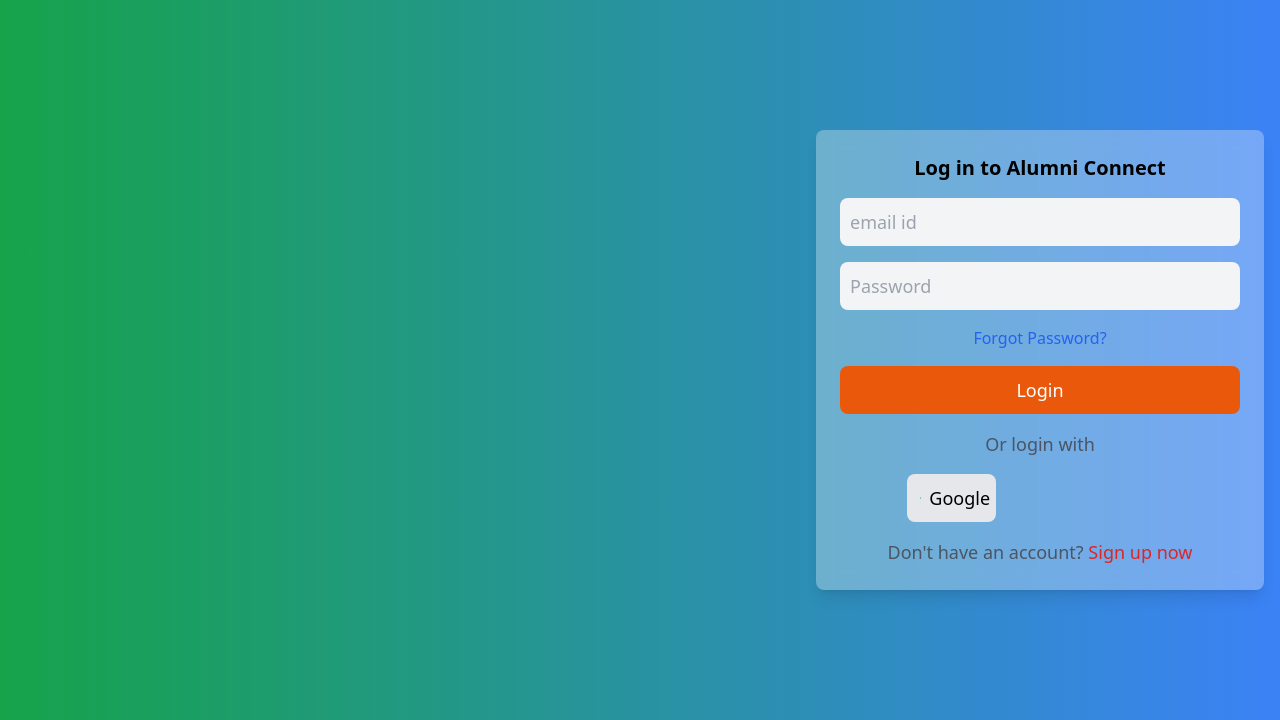
Repository: ptsdpatient/SIH24
Page: /login (app in frontend/)
These files come from the project's save history. The page is drawn as it stood at one moment and after the next save; the edit follows.
The browser window is 1280 px wide. The pictures show the whole page.
The page's requests for data from a server got no answer. Some web libraries are served in a nearby version. The project was rebuilt for these pictures with package versions that can differ from the ones it lists, and the page was loaded fresh each time. The framework's server and built-in components were replaced by stand-ins that run in the browser. No one was signed in, and anything a server would have sent is missing.

Above is the page before, as saved 2024-09-14 16:05:03.

After the next save:
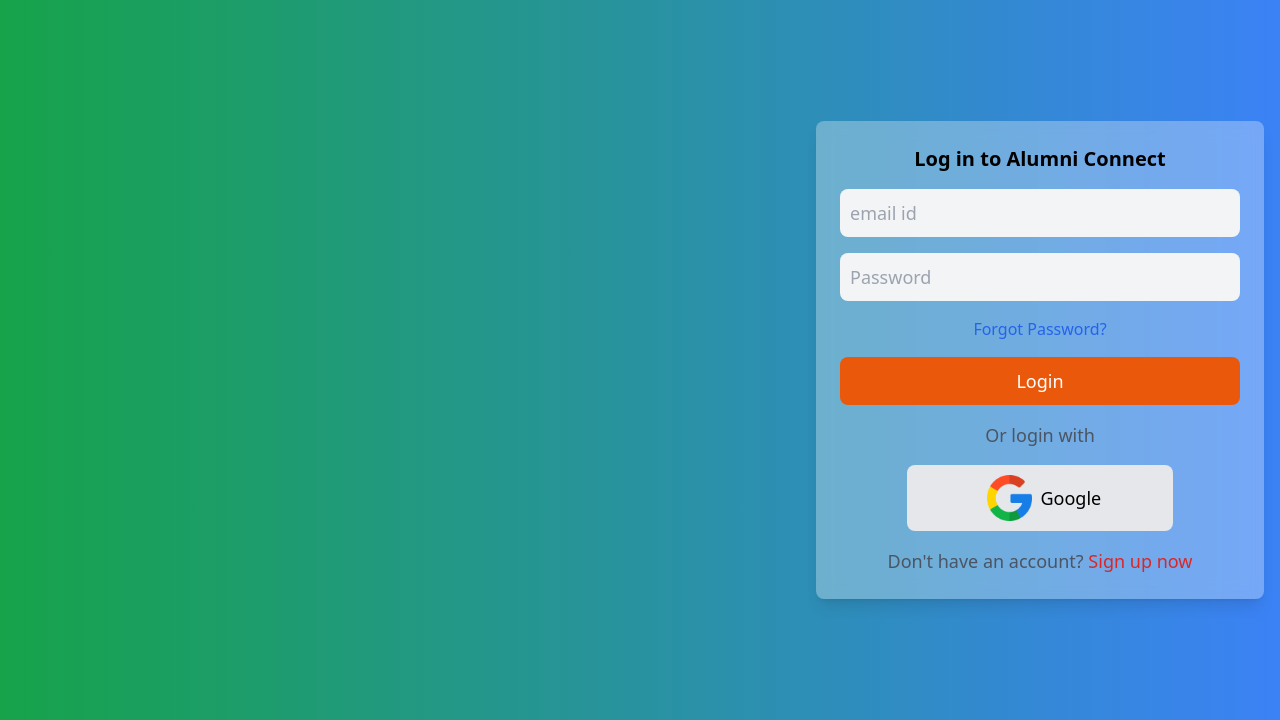
Saved 25 s later.
--- a/frontend/src/routes/login/+page.svelte
+++ b/frontend/src/routes/login/+page.svelte
@@ -96,7 +96,7 @@
                 <p id="suggest" class="text-gray-600 text-center text-lg mb-4">Or login with</p>
 
                 <div class="w-2/3 mx-auto flex flex-wrap justify-between">
-                  <button class="w-1/3 p-2.5 mb-4 border-none rounded-lg text-lg bg-gray-200 flex items-center justify-center">
+                  <button class=" p-2.5 mb-4 border-none rounded-lg text-lg bg-gray-200 flex items-center justify-center">
                     <img class="w-1/4 px-2" src="/icon/google.png" alt=""> Google
                   </button>
                 </div>

After the save that followed:
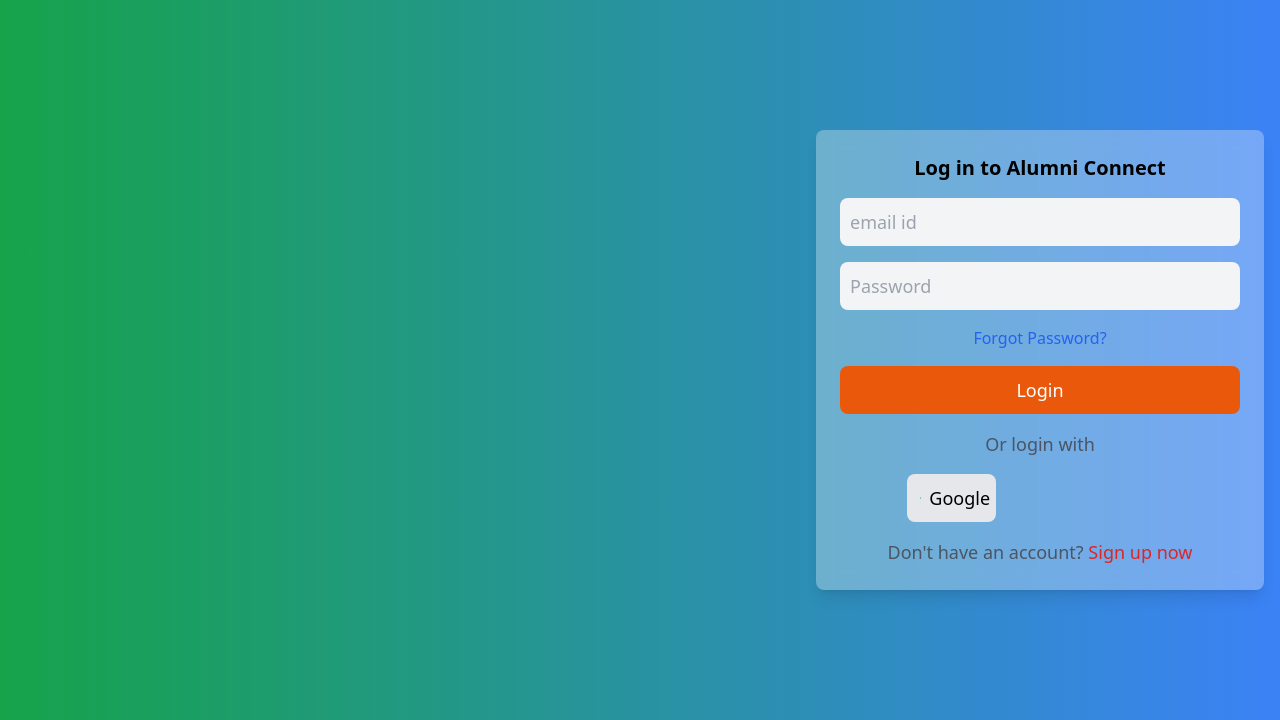
Saved 18 s later.
--- a/frontend/src/routes/login/+page.svelte
+++ b/frontend/src/routes/login/+page.svelte
@@ -96,7 +96,7 @@
                 <p id="suggest" class="text-gray-600 text-center text-lg mb-4">Or login with</p>
 
                 <div class="w-2/3 mx-auto flex flex-wrap justify-between">
-                  <button class=" p-2.5 mb-4 border-none rounded-lg text-lg bg-gray-200 flex items-center justify-center">
+                  <button class="w-1/3 p-2.5 mb-4 border-none rounded-lg text-lg bg-gray-200 flex items-center justify-center">
                     <img class="w-1/4 px-2" src="/icon/google.png" alt=""> Google
                   </button>
                 </div>
